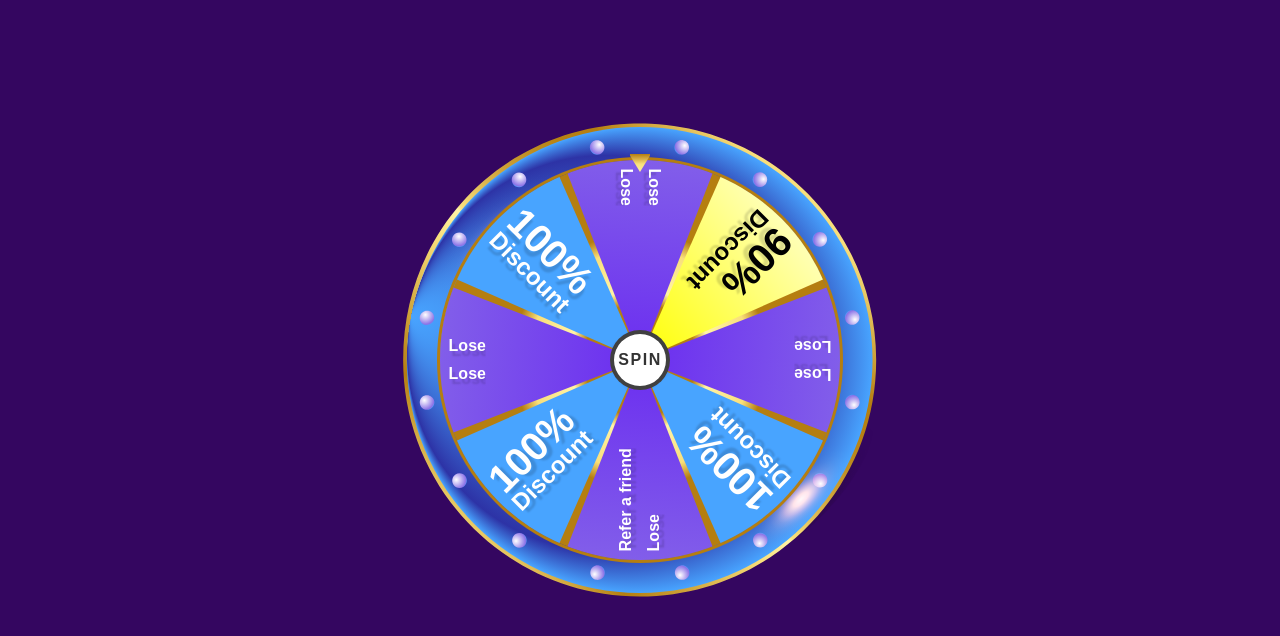
Repository: Jacques-Jaki-Morkel/FundedMarketplace_WheelofFortune
Page: index.html
The author's editor kept a copy of each file at every save. The page is drawn from the files as they stood at one save, then again after the next save.
The browser window is 1280 px wide. The pictures show the whole page.

Above is the page before, as saved 2025-08-14 14:25:52.

After the next save:
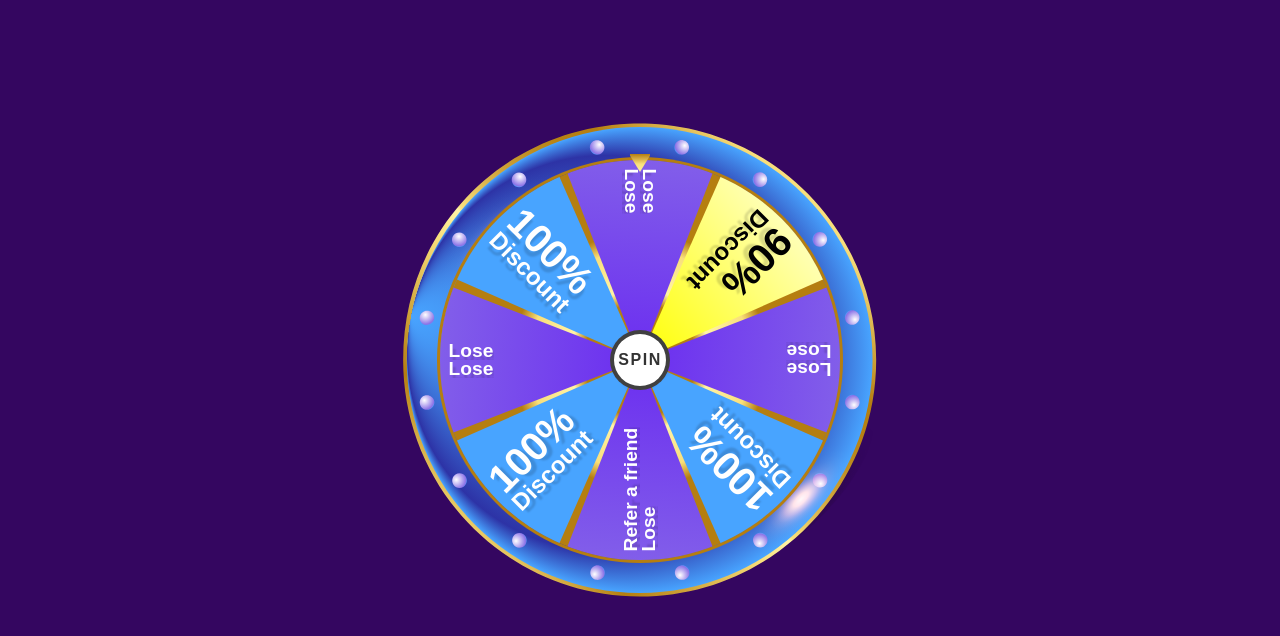
Saved 54 s later.
--- a/styles.css
+++ b/styles.css
@@ -126,8 +126,8 @@ body {
    line-height: 32px;
 }
 .mediumSliceText {
-    font-size: 0.5em;
-    line-height: 28px;
+    font-size: 0.6em;
+    line-height: 18px;
     white-space: nowrap;       /* prevents wrapping / ignores line breaks */
     overflow: hidden;          /* hides overflow */
     text-overflow: clip;       /* just clips overflowing text */
